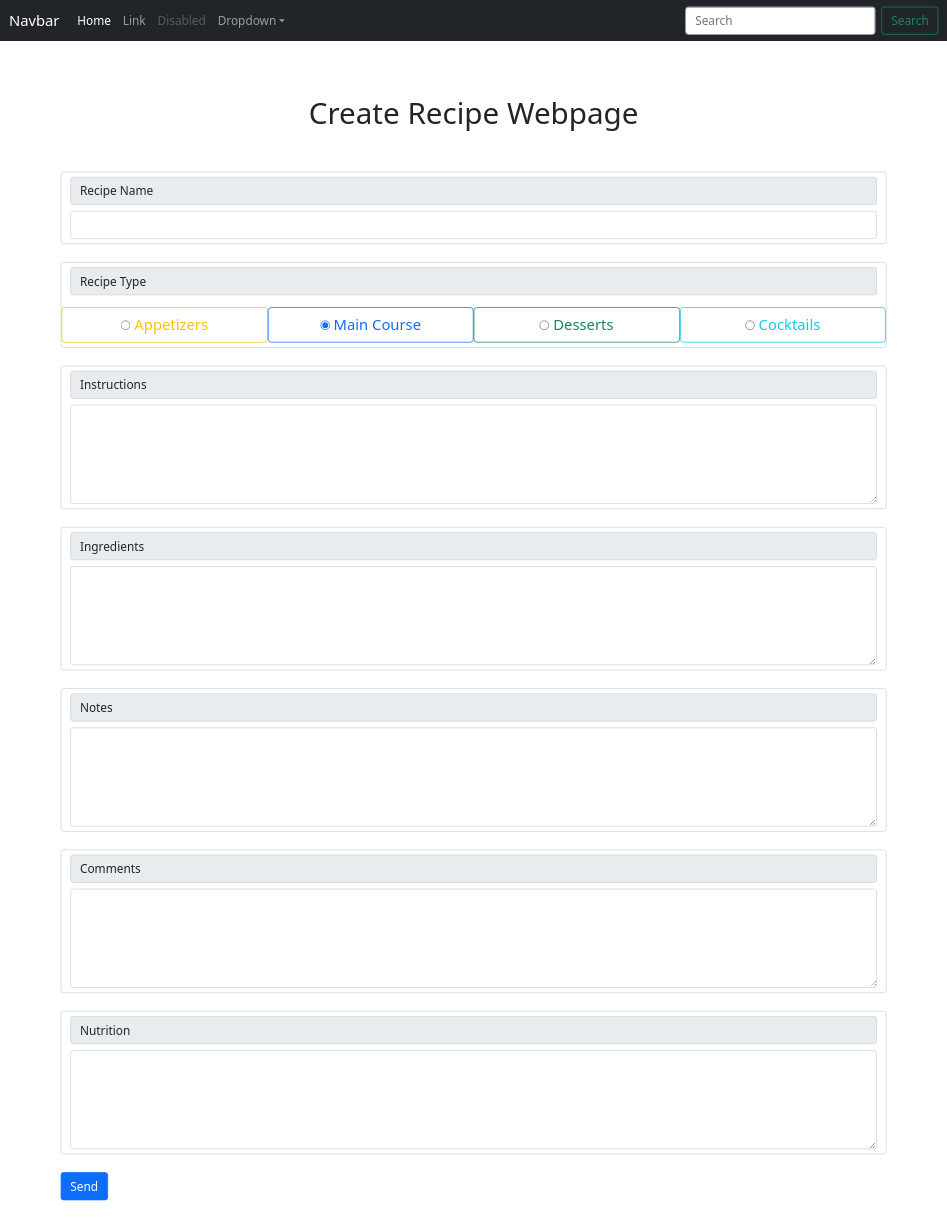
Repository: jerrywthompson/createRecipeWebpageHTML
Page: index.html
These files come from the project's save history. The page is drawn as it stood at one moment and after the next save; the edit follows.
The browser window is 1280 px wide. The pictures show the whole page, at 74% of full size.

Above is the page before, as saved 2021-02-25 15:33:53.

After the next save:
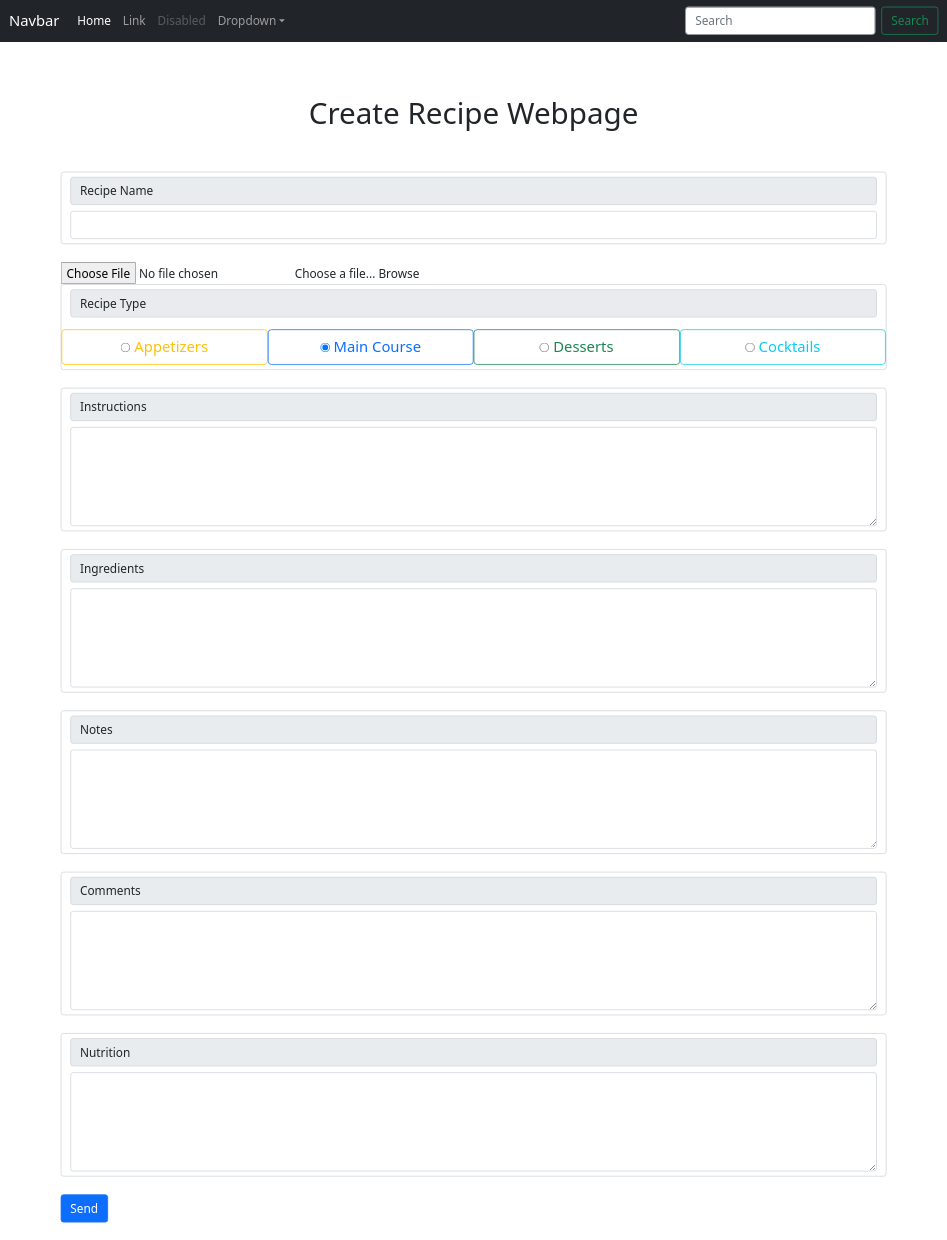
Saved 3 min 8 s later.
--- a/index.html
+++ b/index.html
@@ -81,6 +81,15 @@
                             <input type="text" name="recipeName" class="form-control" aria-label="Default" aria-describedby="inputGroup-sizing-default">
                         </div>
 
+                        <div class="form-file">
+                            <input type="file" class="form-file-input" id="customFile">
+                            <label class="form-file-label" for="customFile">
+                              <span class="form-file-text">Choose a file...</span>
+                              <span class="form-file-button">Browse</span>
+                            </label>
+                        </div>
+
+
                         <div class="form-control mb-4">
                             <div class="input-group-prepend mb-3">
                                 <span class="input-group-text" id="inputGroup-sizing-default">Recipe Type</span>
